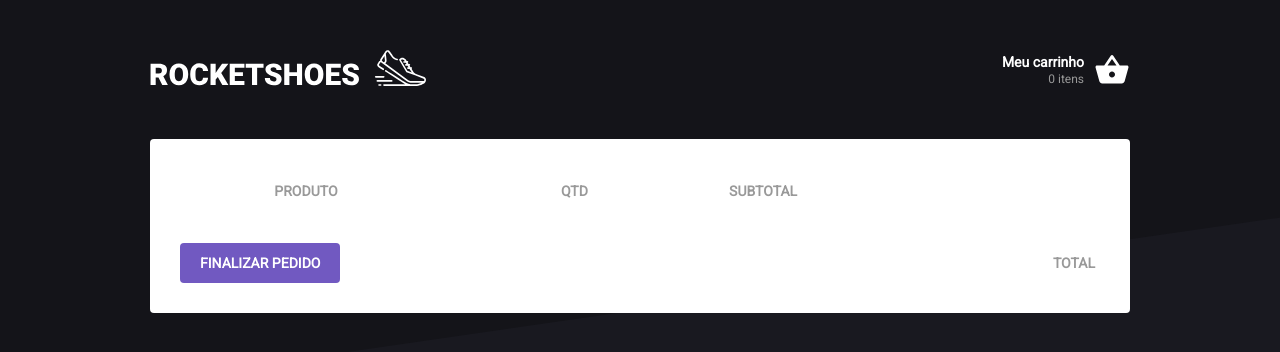
Repository: niltonmalves/Desafio-01---Criando-um-hook-de-carrinho-de-compras
Page: /cart
These files come from the project's save history. The page is drawn as it stood at one moment and after the next save; the edit follows.
The browser window is 1280 px wide. The pictures show the whole page.
The project was rebuilt for these pictures with package versions that can differ from the ones it lists, and the page was loaded fresh each time. Also part of the build but not shown: src/pages/Home/styles.ts, src/pages/Home/index.tsx.

Above is the page before, as saved 2022-01-13 17:03:11.

### src/components/Header/index.tsx
import React from 'react';
import { Link } from 'react-router-dom';
import { MdShoppingBasket } from 'react-icons/md';

import logo from '../../assets/images/logo.svg';
import { Container, Cart } from './styles';
import { useCart } from '../../hooks/useCart';

const Header = (): JSX.Element => {
  const { cart } = useCart();
  let count =0;
  console.log(cart)
  const cartSize = cart.map((product) => count +=1
    //percorrer os produtos com id diferente e somar
    //

  ).length;// TODO;

  return (
    <Container>
      <Link to="/">
        <img src={logo} alt="Rocketshoes" />
      </Link>

      <Cart to="/cart">
        <div>
          <strong>Meu carrinho</strong>
          <span data-testid="cart-size">
            {cartSize === 1 ? `${cartSize} item` : `${cartSize} itens`}
          </span>
        </div>
        <MdShoppingBasket size={36} color="#FFF" />
      </Cart>
    </Container>
  );
};

export default Header;

### src/hooks/useCart.tsx
import { createContext, ReactNode, useContext, useState } from 'react';
import { toast } from 'react-toastify';
import { api } from '../services/api';
import { Product, Stock } from '../types';

interface CartProviderProps {
  children: ReactNode;
}

interface UpdateProductAmount {
  productId: number;
  amount: number;
}

interface CartContextData {
  cart: Product[];
  addProduct: (productId: number) => Promise<void>;
  removeProduct: (productId: number) => void;
  updateProductAmount: ({ productId, amount }: UpdateProductAmount) => void;
}

const CartContext = createContext<CartContextData>({} as CartContextData);

export function CartProvider({ children }: CartProviderProps): JSX.Element {
  const [cart, setCart] = useState<Product[]>(() => {
    const storagedCart = localStorage.getItem('@RocketShoes:cart') //Buscar dados do localStorage
    if (storagedCart) {
      return JSON.parse(storagedCart);
    }

    return [];
  });

  const addProduct = async (productId: number) => {
    try {
      // TODO verificar se o produto ja exite no carrinho e a qtd do estoque
      const updateCart = [...cart];
      const productExists = updateCart.find(product => product.id === productId);

      const stock = await api.get(`/stock/${productId}`);

      const stockAmount = stock.data.amount;
      const currentAmount = productExists ? productExists.amount : 0;
      const amount = currentAmount + 1;

      if(amount > stockAmount) {
        toast.error('Quantidade solicitada fora de estoque');
        return;
      }
      if (productExists) {
        productExists.amount = amount;
        // let newProduct =
      } else {
        const product = await api.get(`/products/${productId}`);

        const newProduct = {
          ...product.data,
          amount :1
        }
        updateCart.push(newProduct);
      }
      setCart(updateCart);
      console.log(updateCart);
      localStorage.setItem('@RocketShoes:cart', JSON.stringify(updateCart));

    } catch {
      // TODO
      toast.error('Erro na adição do produto');
    }
  };

  const removeProduct = (productId: number) => {
    try {
      // TODO
      const updatedCart = [...cart];
      const productIndex = updatedCart.findIndex(product => product.id === productId);

      if (productIndex >= 0) {
        updatedCart.splice(productIndex, 1);
        setCart(updatedCart);
        localStorage.setItem('@RocketShoes:cart', JSON.stringify(updatedCart));
      } else {
        throw Error ();
      }
    } catch {
      // TODO
      toast.error('Erro na remoção do produto');
    }
  };

  const updateProductAmount = async ({
    productId,
    amount,
  }: UpdateProductAmount) => {
    try {
      // TODO
      if (amount <= 0) {
        return;
      }

      const stock = await api.get(`/stock/${productId}`);
      const stockAmount = stock.data.amount;

      if (amount > stockAmount) {
        toast.error('Quantidade solicitada fora de estoque');
        return;
      }

      const updatedCart = [...cart];
      const productExists = updatedCart.find(product => product.id === productId);

      if (productExists) {
        productExists.amount = amount;
        setCart(updatedCart);
        localStorage.setItem('@RocketShoes:cart', JSON.stringify(updatedCart));
      } else{
        throw Error();
      }
    } catch {
      // TODO
      toast.error('Erro na alteração da quntidade do produto');
    }
  };

  return (
    <CartContext.Provider
      value={{ cart, addProduct, removeProduct, updateProductAmount }}
    >
      {children}
    </CartContext.Provider>
  );
}

export function useCart(): CartContextData {
  const context = useContext(CartContext);

  return context;
}

### src/pages/Cart/index.tsx
import { rem } from 'polished';
import React from 'react';
import {
  MdDelete,
  MdAddCircleOutline,
  MdRemoveCircleOutline,
} from 'react-icons/md';

import { useCart } from '../../hooks/useCart';
import { formatPrice } from '../../util/format';
import { Container, ProductTable, Total } from './styles';

interface Product {
  id: number;
  title: string;
  price: number;
  image: string;
  amount: number;
}

const Cart = (): JSX.Element => {
  const { cart, removeProduct, updateProductAmount } = useCart();

  const cartFormatted = cart.map(product => ({
    // TODO
    ...product,
    priceFormatted : formatPrice(product.price),
    subtotal : formatPrice(product.amount * product.price),


  }))
  const total =
    formatPrice(
      cart.reduce((sumTotal, product) => {
        // TODO
        return sumTotal + product.amount * product.price
      }, 0)
    )

  function handleProductIncrement(product: Product) {
    // TODO
    updateProductAmount({productId :product.id, amount : product.amount + 1})
  }

  function handleProductDecrement(product: Product) {
    // TODO
    updateProductAmount({productId :product.id, amount : product.amount -1 })
  }

  function handleRemoveProduct(productId: number) {
    // TODO
    removeProduct(productId)
  }

  return (
    <Container>
      <ProductTable>
        <thead>
          <tr>
            <th aria-label="product image" />
            <th>PRODUTO</th>
            <th>QTD</th>
            <th>SUBTOTAL</th>
            <th aria-label="delete icon" />
          </tr>
        </thead>
        <tbody>
          {cartFormatted.map(product => (
            <tr key={product.id} data-testid="product">
            <td>
              <img src={product.image} alt={product.title} />
            </td>
            <td>
              <strong>{product.title}</strong>
              <span>{product.price}</span>
            </td>
            <td>
              <div>
                <button
                  type="button"
                  data-testid="decrement-product"
                disabled={product.amount <= 1}
                onClick={() => handleProductDecrement(product)}
                >
                  <MdRemoveCircleOutline size={20} />
                </button>
                <input
                  type="text"
                  data-testid="product-amount"
                  readOnly
                  value={product.amount}
                />
                <button
                  type="button"
                  data-testid="increment-product"
                onClick={() => handleProductIncrement(product)}
                >
                  <MdAddCircleOutline size={20} />
                </button>
              </div>
            </td>
            <td>
              <strong>{product.subtotal}</strong>
            </td>
            <td>
              <button
                type="button"
                data-testid="remove-product"
              onClick={() => handleRemoveProduct(product.id)}
              >
                <MdDelete size={20} />
              </button>
            </td>
          </tr>
          ))}
        </tbody>
      </ProductTable>

      <footer>
        <button type="button">Finalizar pedido</button>

        <Total>
          <span>TOTAL</span>
          <strong>{cart.total}</strong>
        </Total>
      </footer>
    </Container>
  );
};

export default Cart;

Loaded but not shown: public/index.html (common file); src/index.tsx (common file); src/App.tsx (common file); src/reportWebVitals.ts (common file); src/routes.tsx (common file); src/styles/global.ts (common file); src/components/Header/styles.ts (common file); src/services/api.ts (common file); src/util/format.ts (common file); src/pages/Cart/styles.ts (common file)

After the next save:
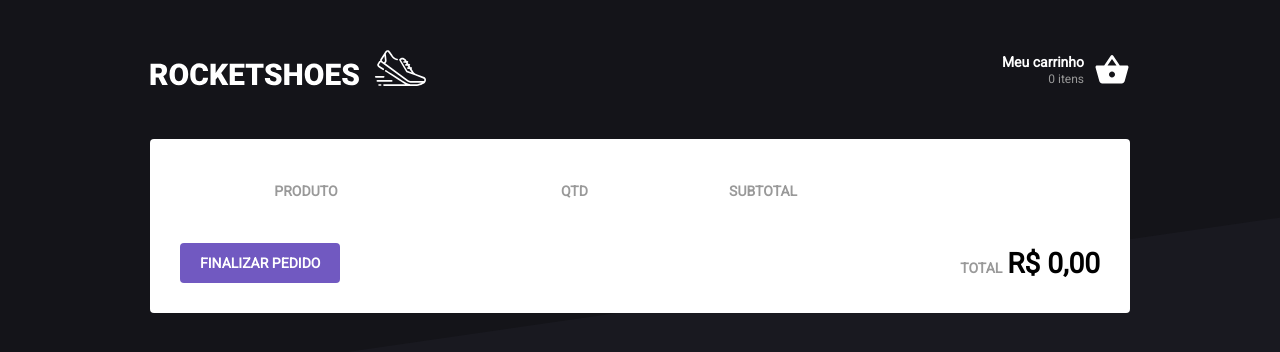
Saved 96 s later.
--- a/src/pages/Cart/index.tsx
+++ b/src/pages/Cart/index.tsx
@@ -121,7 +121,7 @@ const Cart = (): JSX.Element => {
 
         <Total>
           <span>TOTAL</span>
-          <strong>{cart.total}</strong>
+          <strong>{total}</strong>
         </Total>
       </footer>
     </Container>
